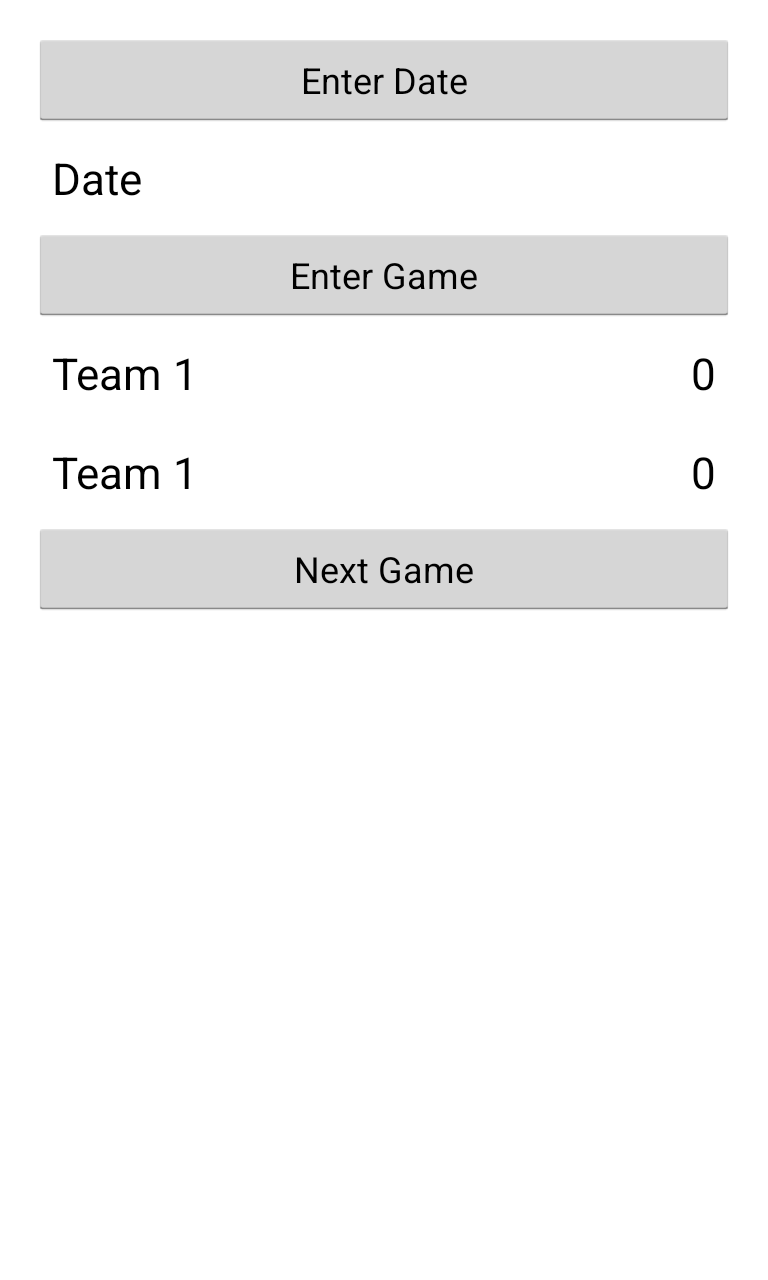
Repository: shervinshaikh/Android
Layout: NBAScoreTracker/res/layout/activity_sport_scores.xml
These files come from the project's save history. The layout is drawn as it stood at one moment and after the next save; the edit follows.
It is drawn on a 768 x 1280 px phone screen (xhdpi) without system bars, with theme AppTheme; the app's code is not run.

Above is the layout before, as saved 2013-04-27 18:47:22.

After the next save:
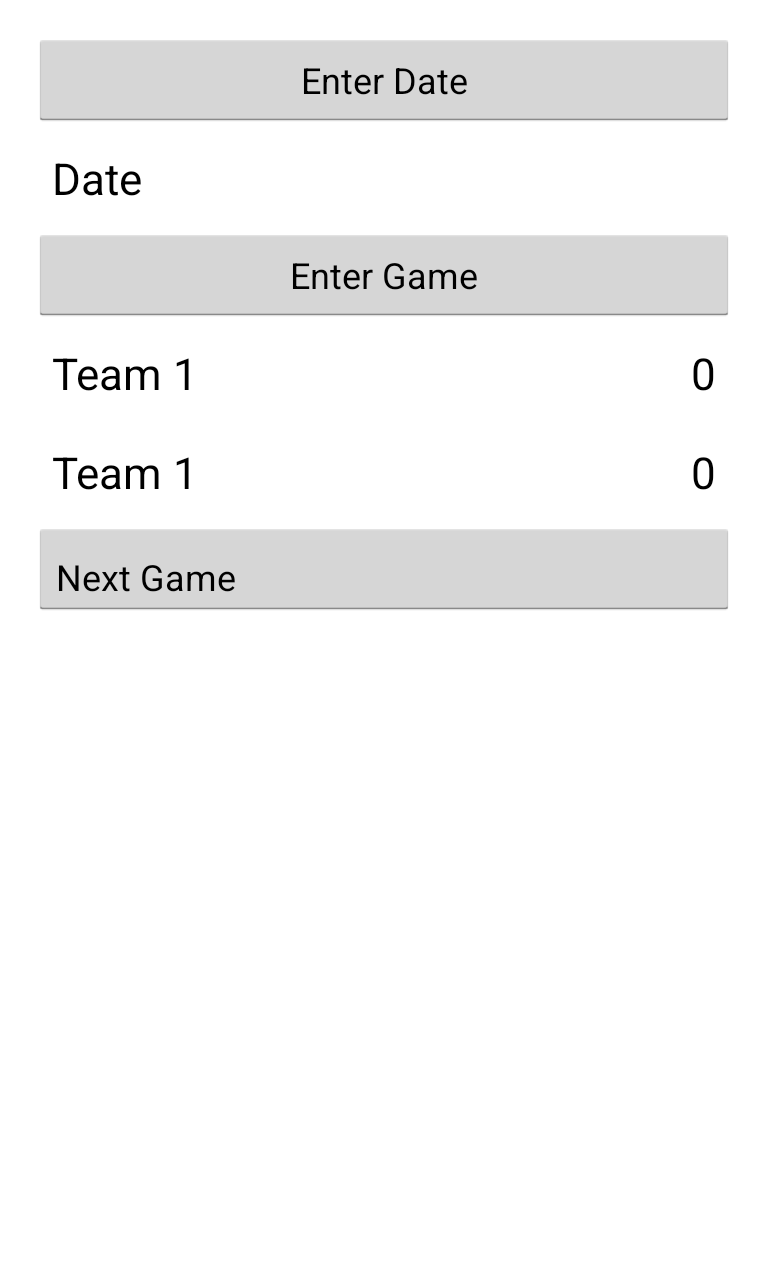
Saved 63 s later.
--- a/NBAScoreTracker/res/layout/activity_sport_scores.xml
+++ b/NBAScoreTracker/res/layout/activity_sport_scores.xml
@@ -89,6 +89,6 @@
         android:layout_width="fill_parent"
         android:layout_height="wrap_content"
         android:text="@string/next_game"
-        />
+        android:gravity="bottom" />
 
 </LinearLayout>

After the save that followed:
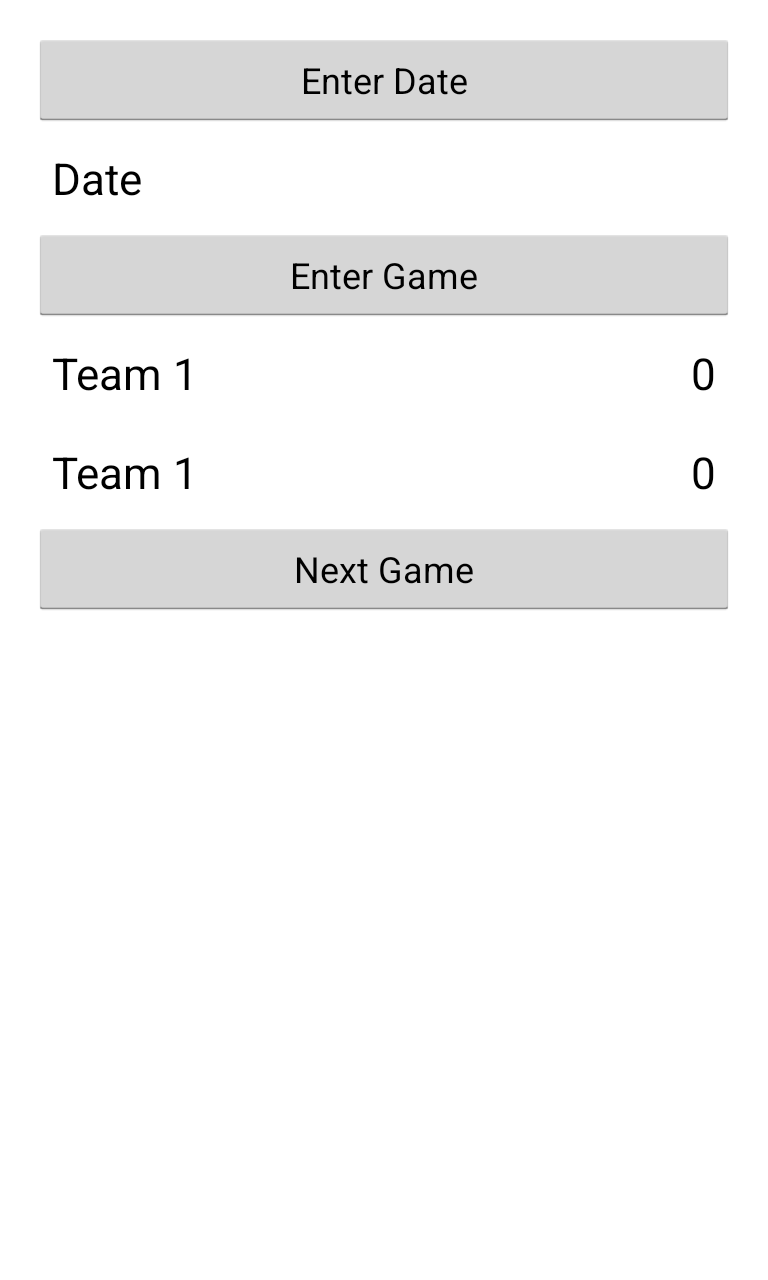
Saved 10 s later.
--- a/NBAScoreTracker/res/layout/activity_sport_scores.xml
+++ b/NBAScoreTracker/res/layout/activity_sport_scores.xml
@@ -89,6 +89,6 @@
         android:layout_width="fill_parent"
         android:layout_height="wrap_content"
         android:text="@string/next_game"
-        android:gravity="bottom" />
+        android:layout_gravity="" />
 
 </LinearLayout>
